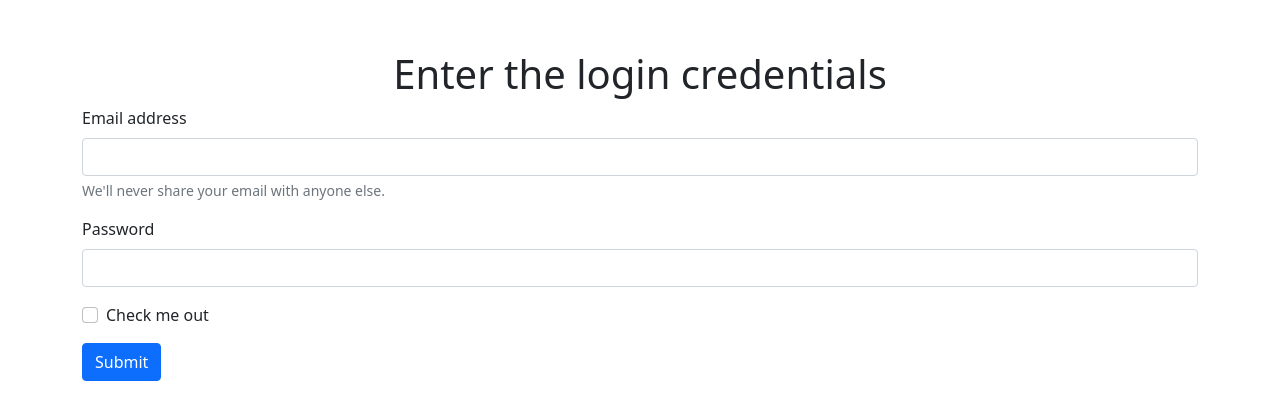
Repository: Senyadt2/Projects-On-Java
Page: http://localhost/EmployeeRegistrationSystem/
These files come from the project's save history. The page is drawn as it stood at one moment and after the next save; the edit follows.
The browser window is 1280 px wide. The pictures show the whole page.
The page is served by Tomcat 9.

Above is the page before, as saved 2024-03-26 05:04:54.

After the next save:
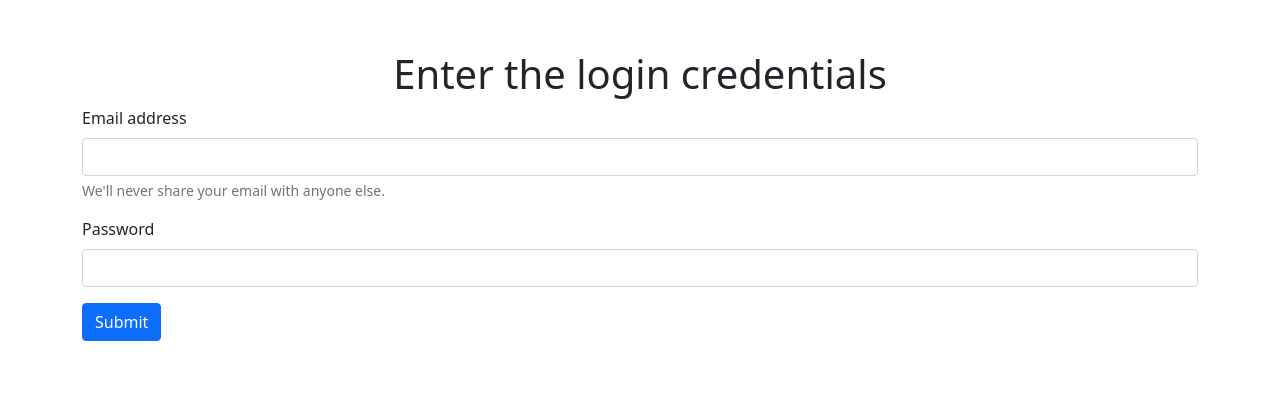
Saved 17 s later.
--- a/EmployeeRegistrationSystem/src/main/webapp/index.jsp
+++ b/EmployeeRegistrationSystem/src/main/webapp/index.jsp
@@ -36,11 +36,7 @@
 				<input type="password" class="form-control"
 					id="exampleInputPassword1">
 			</div>
-			<div class="mb-3 form-check">
-				<input type="checkbox" class="form-check-input" id="exampleCheck1">
-				<label class="form-check-label" for="exampleCheck1">Check me
-					out</label>
-			</div>
+
 			<button type="submit" class="btn btn-primary">Submit</button>
 		</form>
 	</div>
